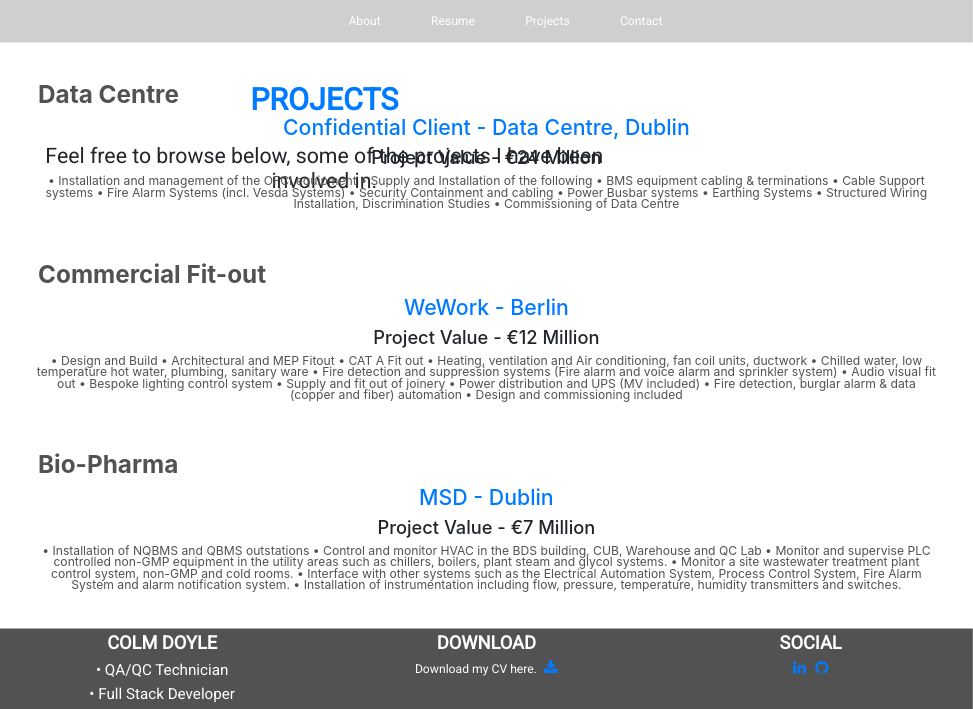
Repository: Code-Institute-Submissions/collyd21-milestone1
Page: projects.html
The author's editor kept a record of every edit. The page is drawn from the files as they stood at one moment, then again after the next edit.
The browser window is 1280 px wide. The pictures show the whole page, at 76% of full size.

Above is the page before.

After the next edit:
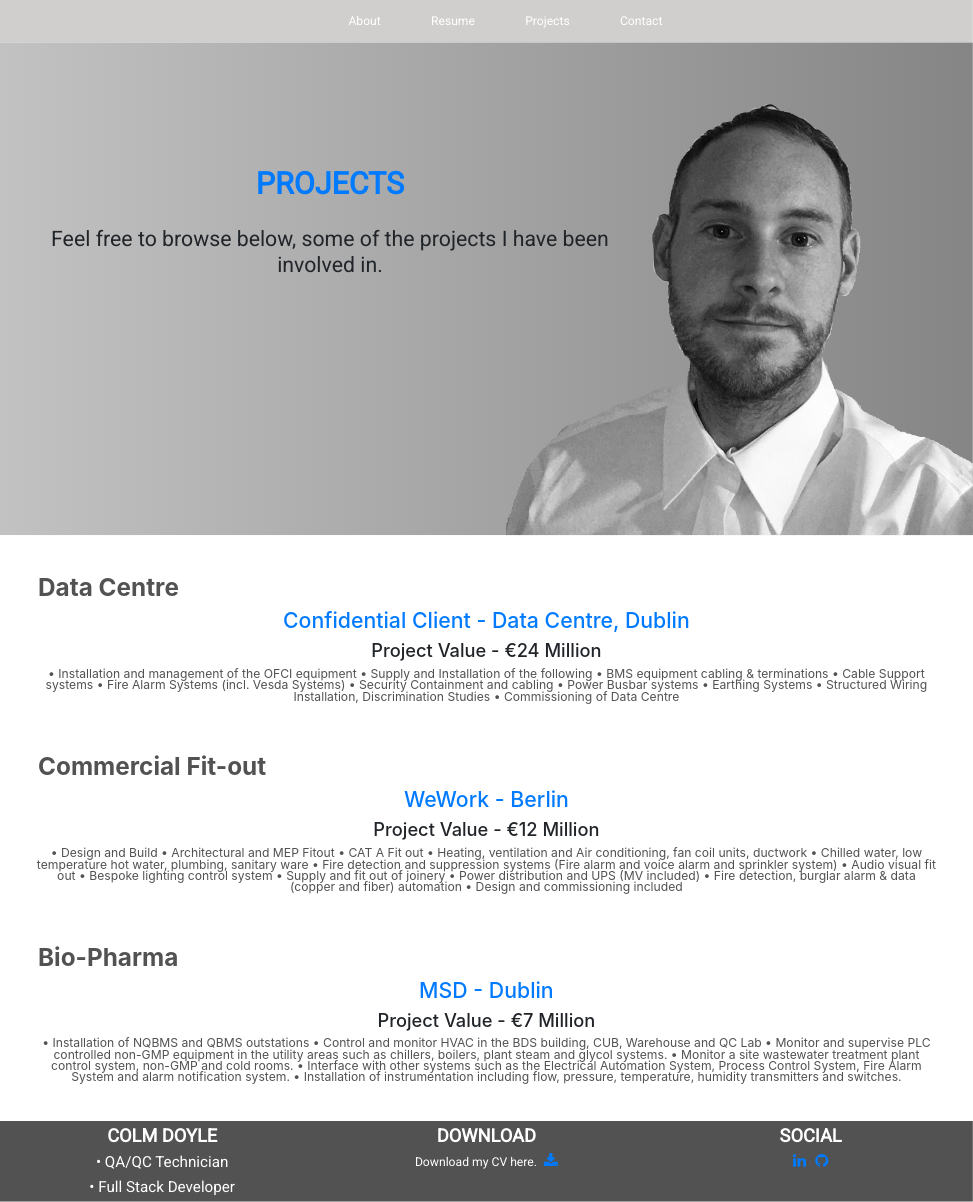
The edit:
--- a/projects.html
+++ b/projects.html
@@ -7,7 +7,7 @@
     <meta http-equiv="X-UA-Compatible" content="ie=edge">
     <script src="https://code.jquery.com/jquery-3.4.1.slim.min.js" integrity="sha384-J6qa4849blE2+poT4WnyKhv5vZF5SrPo0iEjwBvKU7imGFAV0wwj1yYfoRSJoZ+n" crossorigin="anonymous"></script>
     <script src="https://stackpath.bootstrapcdn.com/bootstrap/4.4.1/js/bootstrap.min.js" integrity="sha384-wfSDF2E50Y2D1uUdj0O3uMBJnjuUD4Ih7YwaYd1iqfktj0Uod8GCExl3Og8ifwB6" crossorigin="anonymous"></script>
-<link rel="stylesheet" href="https://stackpath.bootstrapcdn.com/bootstrap/4.4.1/css/bootstrap.min.css" integrity="sha384-Vkoo8x4CGsO3+Hhxv8T/Q5PaXtkKtu6ug5TOeNV6gBiFeWPGFN9MuhOf23Q9Ifjh" crossorigin="anonymous">
+    <link rel="stylesheet" href="https://stackpath.bootstrapcdn.com/bootstrap/4.4.1/css/bootstrap.min.css" integrity="sha384-Vkoo8x4CGsO3+Hhxv8T/Q5PaXtkKtu6ug5TOeNV6gBiFeWPGFN9MuhOf23Q9Ifjh" crossorigin="anonymous">
     <link rel="stylesheet" href="https://stackpath.bootstrapcdn.com/font-awesome/4.7.0/css/font-awesome.min.css" type="text/css" />
     <link href="https://fonts.googleapis.com/css?family=Roboto&display=swap" rel="stylesheet">
     <link rel="stylesheet" href="assets/css/style.css">
@@ -15,34 +15,34 @@
 </head>
 
 <body>
-    <!------------------------------------------Navbar-------------------------------------->
+    <!-----------------------------------------Navbar-------------------------------------->
     <nav class="navbar navbar-expand-md">
-            <button class="navbar-toggler custom " data-toggle="collapse" data-target="#collapse_target">
+        <button class="navbar-toggler custom " data-toggle="collapse" data-target="#collapse_target">
                 <span class="navbar-toggler-icon"></span>
             </button>
-            <div class="justify-content-center collapse navbar-collapse" id="collapse_target">
+        <div class="justify-content-center collapse navbar-collapse" id="collapse_target">
             <ul class="navbar-nav">
-            <li class="nav-item">
-                <a class="nav-link" href="index.html">About</a>
-            </li>
-            <li class="nav-item">
-                <a class="nav-link" href="resume.html">Resume</a>
-            </li>
-            <li class="nav-item">
-                <a class="nav-link" href="projects.html">Projects</a>
-            </li>
-            <li class="nav-item">
-                <a class="nav-link" href="contact.html">Contact</a>
-            </li>
-    </ul>
-    </div>
+                <li class="nav-item">
+                    <a class="nav-link" href="index.html">About</a>
+                </li>
+                <li class="nav-item">
+                    <a class="nav-link" href="resume.html">Resume</a>
+                </li>
+                <li class="nav-item">
+                    <a class="nav-link" href="projects.html">Projects</a>
+                </li>
+                <li class="nav-item">
+                    <a class="nav-link" href="contact.html">Contact</a>
+                </li>
+            </ul>
+        </div>
     </nav>
     <!------------------------------------------Header-------------------------------------->
 
-    <header class="jumbotron-fluid" id="main-view">
-        <div class="container-fluid no-gutters">
+    <header class="jumbotron-fluid">
+        <div class="container-fluid no-gutters d-none d-md-block" id="main-view-large">
             <div class="row">
-                <div class="col-lg-8 col-md-8 col-sm-12 col-xs-12" id="projects">
+                <div class="col-lg-8 col-md-8 col-sm-12 col-xs-12" id="about-large">
                     <h1 class="uppercase-jumbo">Projects</h1>
                     <br>
                     <h3>Feel free to browse below, some of the projects I have been involved in.</h3>
